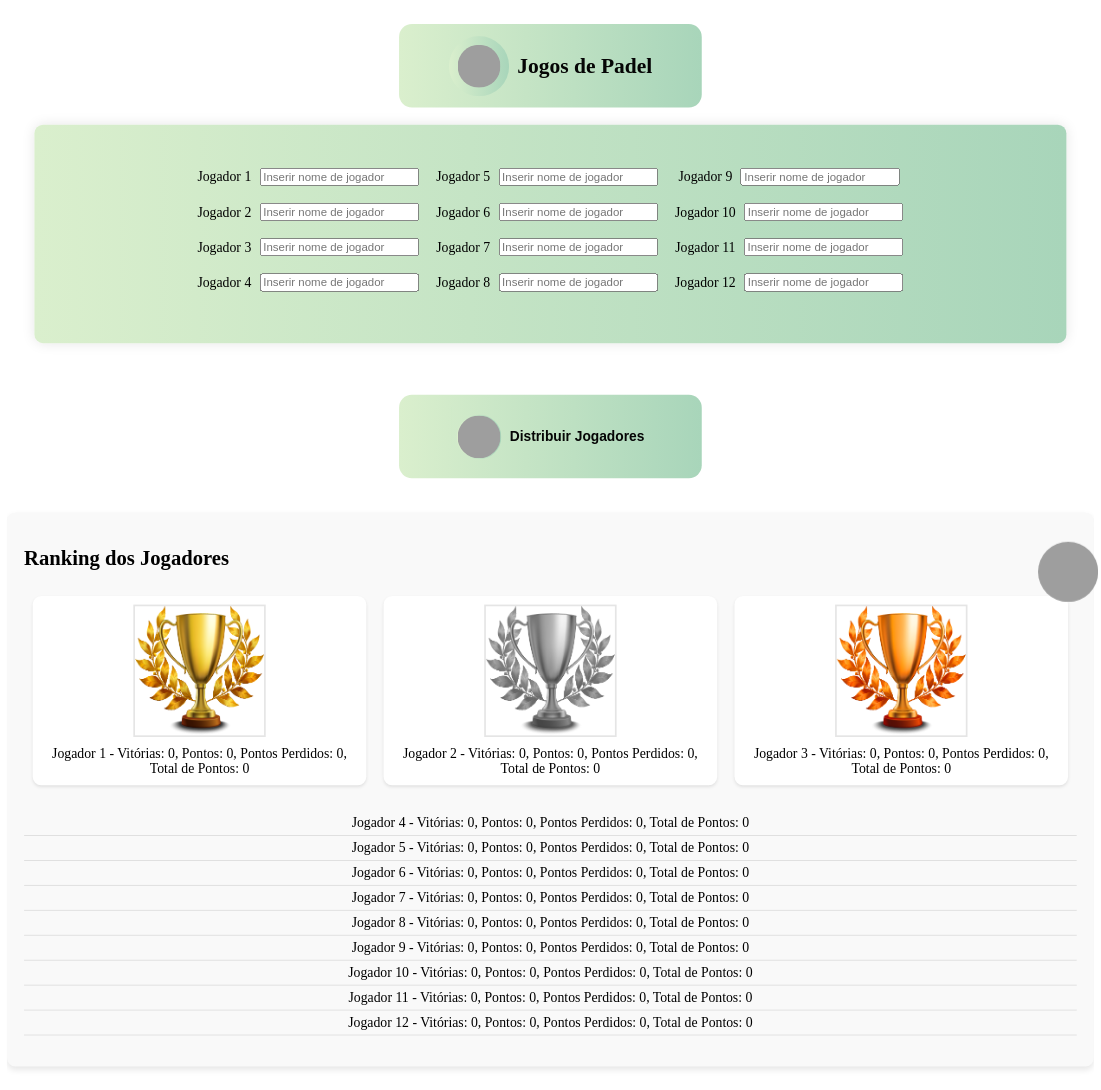
Repository: MarcioMiguel22/PadelMaster
Page: /calculadora
These files come from the project's save history. The page is drawn as it stood at one moment and after the next save; the edit follows.
The browser window is 1280 px wide. The pictures show the whole page, at 86% of full size.
Pictures or frames that could not be fetched are drawn as grey boxes. The project was rebuilt for these pictures with package versions that can differ from the ones it lists, and the page was loaded fresh each time. Also part of the build but not shown: vite.config.ts, src/pages/Home/Home.module.css, src/pages/Home/Home.tsx, src/components/components_calculadora/TrocarJogadoresButton.module.css, src/components/components_calculadora/TrocarJogadoresButton.tsx, src/components/components_calculadora/Campo.tsx, src/components/components_calculadora/Jogo.tsx, src/components/components_calculadora/ExportButton.module.css and 6 more.

Above is the page before, as saved 2024-06-21 10:18:08.

### src/main.tsx
///home/marciomiguel/code/MarcioMiguel22/Sites/PadelMaster/src/main.tsx
import { render } from 'react-dom';
import { StrictMode } from 'react';
import App from './App';
import './index.css';

const root = document.getElementById('root')!;
render(
  <StrictMode>
    <App />
  </StrictMode>,
  root
);

### src/App.tsx

///home/marciomiguel/code/MarcioMiguel22/Sites/PadelMaster/src/App.tsx

import { BrowserRouter, Routes, Route } from 'react-router-dom';
import Home from './pages/Home/Home';
import Calculadora from './pages/Calculadora/Calculadora';
import PlayerComponent from './pages/Player/playerComponent';
function App() {
  return (
    <BrowserRouter>
      <Routes>
        <Route path="/" element={<Home />} />
        <Route path="/calculadora" element={<Calculadora />} /> // Wrap Calculadora component with curly braces
        <Route path="/player-component" element={<PlayerComponent />} />
      </Routes>
    </BrowserRouter>
  );
}

export default App

### src/components/components_calculadora/Titulo.tsx
// src/components/Titulo.tsx
import React from 'react';
import styles from './Titulo.module.css';
import tennisBall from '../../assets/images/tennis-ball.png';

interface TituloProps {
  texto: string;
  className?: string;
}

const Titulo: React.FC<TituloProps> = ({ texto }) => {
  return (
    <div className={styles.container}>
      <img
        src={tennisBall}
        alt="Tennis Ball"
        className={styles.tennisBall}
      />
      <span className={styles.label}>{texto}</span>
    </div>
  );
};

export default Titulo;

### src/components/components_calculadora/JogadoresLista.tsx
import React, { useRef, useEffect, useState } from 'react';
import JogadorItem, { InputRef } from './JogadorItem';
import { Jogador } from '../../utils/types/types';

interface JogadoresListaProps {
  jogadores: Jogador[];
  handleNomeChange: (id: number, novoNome: string) => void;
}

const JogadoresLista: React.FC<JogadoresListaProps> = ({ jogadores, handleNomeChange }) => {
  const [localJogadores, setLocalJogadores] = useState<Jogador[]>([]);
  const inputRefs = useRef<(InputRef | null)[]>([]);

  useEffect(() => {
    const storedJogadores = localStorage.getItem('jogadores');
    if (storedJogadores) {
      setLocalJogadores(JSON.parse(storedJogadores));
    } else {
      setLocalJogadores(jogadores);
    }
  }, [jogadores]);

  const focusNextInput = (index: number) => {
    if (index < inputRefs.current.length - 1) {
      inputRefs.current[index + 1]?.focus();
    }
  };

  const handleNomeChangeWithStorage = (id: number, novoNome: string) => {
    handleNomeChange(id, novoNome);
    const updatedJogadores = localJogadores.map(jogador =>
      jogador.id === id ? { ...jogador, nome: novoNome } : jogador
    );
    setLocalJogadores(updatedJogadores);
    localStorage.setItem('jogadores', JSON.stringify(updatedJogadores));
  };

  return (
    <div className="jogadores-lista">
      {Array.from({ length: 3 }, (_, i) => (
        <div className="jogadores-coluna" key={i}>
          {localJogadores.slice(i * 4, (i + 1) * 4).map((jogador, jIndex) => (
            <JogadorItem
              key={jogador.id}
              jogador={jogador}
              handleNomeChange={handleNomeChangeWithStorage}
              focusNextInput={() => focusNextInput(i * 4 + jIndex)}
              ref={(el) => (inputRefs.current[i * 4 + jIndex] = el)}
            />
          ))}
        </div>
      ))}
    </div>
  );
};

export default JogadoresLista;

### src/components/components_calculadora/Ranking.tsx
import React from 'react';
import ouro from '../../assets/images/ouro.png';
import prata from '../../assets/images/prata.png';
import bronze from '../../assets/images/bronze.png';
import styles from './Ranking.module.css';

interface Jogador {
  id: number;
  nome: string;
  vitorias: number;
  pontos: number;
  pontosPerdidos: number;
  totalPontos: number; // Adicione esta linha
}

interface RankingProps {
  jogadoresClassificados: Jogador[];
}

const Ranking: React.FC<RankingProps> = ({ jogadoresClassificados }) => {
  const top3 = jogadoresClassificados.slice(0, 3);
  const outrosJogadores = jogadoresClassificados.slice(3);

  const medalhas = [ouro, prata, bronze];

  return (
    <div className={styles.rankingContainer}>
      <h2>Ranking dos Jogadores</h2>
      <div className={styles.top3Container}>
        {top3.map((jogador, index) => (
          <div key={jogador.id} className={styles.top3Item}>
            <img src={medalhas[index]} alt={`Medalha de ${index + 1}`} className={styles.medalha} />
            {jogador.nome} - Vitórias: {jogador.vitorias}, Pontos: {jogador.pontos}, Pontos Perdidos: {jogador.pontosPerdidos}, Total de Pontos: {jogador.totalPontos}
          </div>
        ))}
      </div>
      <ul className={styles.outrosJogadores}>
        {outrosJogadores.map((jogador) => (
          <li key={jogador.id}>
            {jogador.nome} - Vitórias: {jogador.vitorias}, Pontos: {jogador.pontos}, Pontos Perdidos: {jogador.pontosPerdidos}, Total de Pontos: {jogador.totalPontos}
          </li>
        ))}
      </ul>
    </div>
  );
};

export default Ranking;

### src/components/components_calculadora/ScrollToTopButton.tsx
import React, { useState } from 'react';
import tennisBall from '../../assets/images/tennis-ball.png';
import styles from './ScrollToTopButton.module.css';

interface ScrollToTopButtonProps {
  refs: (React.RefObject<HTMLDivElement> | HTMLDivElement | null)[];
}

const ScrollToTopButton: React.FC<ScrollToTopButtonProps> = ({ refs }) => {
  const [animation, setAnimation] = useState<string>('');

  const handleScroll = () => {
    if (window.scrollY > 0) {
      setAnimation(styles.bounce);
      setTimeout(() => {
        window.scrollTo({ top: 0, behavior: 'smooth' });
        setAnimation('');
      }, 500);
    } else {
      setAnimation(styles.disappear);
      setTimeout(() => {
        refs.forEach((ref) => {
          if (ref && 'current' in ref) {
            ref.current?.scrollIntoView({ behavior: 'smooth' });
          } else if (ref) {
            (ref as HTMLDivElement).scrollIntoView({ behavior: 'smooth' });
          }
        });
        setAnimation('');
      }, 500);
    }
  };

  return (
    <button onClick={handleScroll} className={styles.scrollToTop}>
      <img src={tennisBall} alt="Tennis Ball" className={`${styles.tennisBall} ${animation}`} />
    </button>
  );
};

export default ScrollToTopButton;

### src/components/components_calculadora/DistributeButton.tsx
import React, { useState } from 'react';
import tennisBall from '../../assets/images/tennis-ball.png';
import styles from './DistributeButton.module.css'; // Importando o arquivo CSS Module

const DistributeButton: React.FC<{ onClick: () => void }> = ({ onClick }) => {
  // Estado para rastrear se a bola está girando
  const [isRotating, setIsRotating] = useState(false);

  // Função chamada ao clicar no botão
  const handleClick = () => {
    // Definindo estado de rotação como verdadeiro para iniciar a animação
    setIsRotating(true);

    // Após o tempo da animação (1 segundo), definir rotação como falso e chamar onClick
    setTimeout(() => {
      setIsRotating(false);
      // Chama a função onClick somente após a animação completar
      onClick();
    }, 1000); // Tempo da animação em milissegundos
  };

  return (
    <div className={styles.container}>
      <button onClick={handleClick} className={styles.distributeButton}>
        <img
          src={tennisBall}
          alt="Tennis Ball"
          // Adiciona a classe 'rotate' condicionalmente baseado no estado isRotating
          className={`${styles.tennisBall} ${isRotating ? styles.rotate : ''}`}
        />
        <span className={styles.label}>Distribuir Jogadores</span>
      </button>
    </div>
  );
};

export default DistributeButton;

### src/utils/playerUtils.ts
// src/utils/playerUtils.ts

import { Jogador } from '../utils/types/types';

export const handleNomeChange = (jogadores: Jogador[], id: number, novoNome: string): Jogador[] => {
  return jogadores.map(jogador =>
    jogador.id === id ? { ...jogador, nome: novoNome } : jogador
  );
};

export const selecionarJogador = (jogadoresSelecionados: Jogador[], jogador: Jogador): Jogador[] => {
  if (jogadoresSelecionados.includes(jogador)) {
    return jogadoresSelecionados.filter(j => j.id !== jogador.id);
  } else {
    if (jogadoresSelecionados.length < 2) {
      return [...jogadoresSelecionados, jogador];
    } else {
      return jogadoresSelecionados;
    }
  }
};

### src/utils/resultUtils.ts
// src/utils/resultUtils.ts

import { Campo as CampoType } from '../utils/types/types';

export const todosResultadosInseridos = (jogos: CampoType[][]): boolean => {
  return jogos.length > 0 && jogos.every(jogo =>
    jogo.every(campo =>
      campo.times.every(time =>
        typeof time.resultado === 'number'
      )
    )
  );
};

### src/components/components_calculadora/Titulo.module.css
/* src/components/components_calculadora/DistributeButton.module.css */
.container {
  width: 350px;
  height: 95px;
  background: linear-gradient(to right, #daefcd, #a8d5ba);
  padding: 1px;
  border-radius: 15px;
  display: flex;
  justify-content: center;
  align-items: center;
  margin-top: 20px;
}

.distributeButton {
  position: relative;
  width: auto;
  height: 70px;
  border: none;
  background: none;
  cursor: pointer;
  display: flex;
  align-items: center;
  justify-content: center;
  flex-direction: row;
}

.tennisBall {
  width: 50px;
  height: 50px;
  background: linear-gradient(to right, #daefcd, #a8d5ba);
  border-radius: 50%;
  padding: 10px;
  transition: transform 1s ease-in-out; /* Adiciona uma transição suave */
}

.label {
  font-size: 25px;
  color: rgb(5, 5, 5);
  font-weight: bold;
  margin-left: 10px;
}

### src/components/components_calculadora/JogadorItem.tsx

import React, { useState, useEffect, useRef, forwardRef, useImperativeHandle } from 'react';
import { Jogador } from '../../utils/types/types'; // Importando o tipo Jogador

interface JogadorItemProps {
  jogador: Jogador;
  handleNomeChange: (id: number, novoNome: string) => void;
  focusNextInput: () => void;
}

export interface InputRef {
  focus: () => void;
}

const JogadorItem = forwardRef<InputRef, JogadorItemProps>(({ jogador, handleNomeChange, focusNextInput }, ref) => {
  const [nome, setNome] = useState('');
  const inputRef = useRef<HTMLInputElement>(null);

  useImperativeHandle(ref, () => ({
    focus: () => {
      inputRef.current?.focus();
    }
  }));

  useEffect(() => {
    // Set the initial value for the input
    setNome(jogador.nome === `Jogador ${jogador.id}` ? '' : jogador.nome);
  }, [jogador.nome, jogador.id]);

  const handleBlur = () => {
    if (nome.trim() === '') {
      handleNomeChange(jogador.id, `Jogador ${jogador.id}`);
      setNome('');
    } else {
      handleNomeChange(jogador.id, nome);
    }
  };

  const handleKeyDown = (e: React.KeyboardEvent) => {
    if (e.key === 'Enter') {
      focusNextInput();
    }
  };

  return (
    <div className="jogador-item">
      <label>{`Jogador ${jogador.id}`}</label>
      <input
        ref={inputRef}
        type="text"
        value={nome}
        onChange={(e) => setNome(e.target.value)}
        onBlur={handleBlur}
        onKeyDown={handleKeyDown}
        placeholder="Inserir nome de jogador"
      />
    </div>
  );
});

JogadorItem.displayName = "JogadorItem";

export default JogadorItem;

### src/components/components_calculadora/Ranking.module.css
/*src/components/components_calculadora/Ranking.module.css*/

.rankingContainer {
  padding: 20px;
  background-color: #f9f9f9;
  border-radius: 10px;
  box-shadow: 0 4px 8px rgba(0, 0, 0, 0.1);
}

.top3Container {
  display: flex;
  justify-content: space-around;
  margin-bottom: 20px;
  flex-wrap: wrap; /* Ensure items wrap in smaller screens */
}

.top3Item {
  display: flex;
  flex-direction: column;
  align-items: center;
  padding: 10px;
  background-color: #ffffff;
  border-radius: 10px;
  box-shadow: 0 2px 4px rgba(0, 0, 0, 0.1);
  text-align: center;
  margin: 10px; /* Added margin to ensure spacing between items */
  flex-basis: calc(33.33% - 20px); /* Ensure items take equal width, minus margins */
  box-sizing: border-box; /* Ensure padding is included in the element's width */
}

.medalha {
  width: 150px;
  height: 150px;
  margin-bottom: 10px;
  transition: transform 0.3s ease-in-out;
  object-fit: initial;
  background-color: transparent; /* Certifique-se de que o fundo é transparente */
  border: 2px solid rgba(0, 0, 0, 0.1); /* Adicione uma borda leve para verificar a transparência */
}


.medalha:hover {
  transform: scale(8);
  animation: pulse 1s infinite;
}

@keyframes pulse {
  0% {
    transform: scale(1.2);
  }
  50% {
    transform: scale(1.25);
  }
  100% {
    transform: scale(1.2);
  }
}

.outrosJogadores {
  list-style-type: none;
  padding: 0;
}

.outrosJogadores li {
  padding: 5px 0;
  border-bottom: 1px solid #ddd;
  text-align: center;
}

/* Media Queries for Smaller Screens */
@media screen and (max-width: 767px) {
  .top3Item {
    flex-basis: 25%; /* Two items per row on smaller screens */
  }
}

@media screen and (max-width: 479px) {
  .top3Item {
    flex-basis: 25%; /* One item per row on the smallest screens */
  }
}

### src/components/components_calculadora/ScrollToTopButton.module.css
.scrollToTop {
  position: fixed;
  bottom: 20px;
  left: 97%;
  transform: translateX(-50%);
  width: 70px;
  height: 70px;
  border: none;
  background: none;
  cursor: pointer;
  display: flex;
  align-items: center;
  justify-content: center;
  transition: transform 0.3s ease-in-out;
}

.tennisBall {
  width: 100%;
  height: 100%;
  position: absolute;
  border-radius: 50%;
}

@keyframes bounce {
  0%, 100% {
    transform: translateY(0);
  }
  50% {
    transform: translateY(-50px);
  }
}

@keyframes disappear {
  0% {
    opacity: 1;
    transform: translateY(0);
  }
  100% {
    opacity: 0;
    transform: translateY(50px);
  }
}

.bounce {
  animation: bounce 0.5s ease-in-out;
}

.disappear {
  animation: disappear 0.5s forwards;
}

### src/components/components_calculadora/DistributeButton.module.css
/* src/components/components_calculadora/DistributeButton.module.css */
.container {
  width: 350px;
  height: 95px;
  background: linear-gradient(to right, #daefcd, #a8d5ba);
  padding: 1px;
  border-radius: 15px;
  display: flex;
  justify-content: center;
  align-items: center;
  margin-top: 20px;
}

.distributeButton {
  position: relative;
  width: auto;
  height: 70px;
  border: none;
  background: none;
  cursor: pointer;
  display: flex;
  align-items: center;
  justify-content: center;
  flex-direction: row;
  overflow: hidden; /* Garante que o pseudo-elemento não ultrapasse o contêiner */
}

.tennisBall {
  width: 50px;
  height: 50px;
  background: linear-gradient(to right, #daefcd, #a8d5ba);
  border-radius: 100%;
  padding: 1px;
  transition: transform 1s ease-in-out; /* Adiciona uma transição suave */
}

.tennisBall.rotate {
  transform: rotate(360deg); /* Roda a bola em 360 graus */
}

.label {
  font-size: 16px;
  color: rgb(5, 5, 5);
  font-weight: bold;
  margin-left: 10px;
}

.distributeButton::before {
  content: "";
  position: absolute;
  top: 0;
  left: 0;
  width: 100%;
  height: 100%;
  background: linear-gradient(120deg, transparent, #46ca58, transparent);
  transform: translateX(-100%);
  transition: transform 0.6s;
}

.distributeButton:hover::before {
  transform: translateX(0%);
}

### src/utils/utils.ts
// src/utils/utils.ts

export const embaralharArray = <T,>(array: T[]): T[] => {
  const copiaArray = [...array];
  for (let i = copiaArray.length - 1; i > 0; i--) {
    const j = Math.floor(Math.random() * (i + 1));
    [copiaArray[i], copiaArray[j]] = [copiaArray[j], copiaArray[i]];
  }
  return copiaArray;
};

import { Jogador, Time, Campo as CampoType } from '../utils/types/types';

export const criarTimes = (jogadores: Jogador[]): Time[] => {
  const jogadoresEmbaralhados = embaralharArray(jogadores);
  const times: Time[] = [];
  for (let i = 0; i < jogadoresEmbaralhados.length; i += 2) {
    times.push({ jogadores: jogadoresEmbaralhados.slice(i, i + 2), resultado: 0 });
  }
  return times;
};

export const criarCampos = (times: Time[]): CampoType[] => [
  { id: 1, times: times.slice(0, 2) },
  { id: 2, times: times.slice(2, 4) },
  { id: 3, times: times.slice(4, 6) },
];

export const atualizarRanking = (jogadores: Jogador[], jogos: CampoType[][]) => {
  const jogadoresAtualizados = [...jogadores].map(jogador => {
    let vitorias = 0;
    let pontos = 0;
    let pontosPerdidos = 0;
    jogos.forEach(jogo => {
      jogo.forEach(campo => {
        campo.times.forEach(time => {
          if (time.jogadores.some(j => j.id === jogador.id)) {
            pontos += time.resultado;
            const oponente = campo.times[1 - campo.times.indexOf(time)];
            pontosPerdidos += oponente.resultado;
            if (time.resultado > oponente.resultado) {
              vitorias += 1;
            }
          }
        });
      });
    });
    const totalPontos = pontos - pontosPerdidos;
    return { ...jogador, vitorias, pontos, pontosPerdidos, totalPontos };
  });

  return jogadoresAtualizados.sort((a, b) => {
    if (b.totalPontos === a.totalPontos) {
      if (b.vitorias === a.vitorias) {
        return b.pontos - a.pontos;
      }
      return b.vitorias - a.vitorias;
    }
    return b.totalPontos - a.totalPontos; // Maior totalPontos classifica mais alto
  });
};

Loaded but not shown: index.html (common file); src/pages/Calculadora/Calculadora.tsx (183 lines, source omitted); src/utils/gameLogic.ts (164 lines, source omitted); src/pages/Calculadora/Calculadora.css (279 lines, source omitted)

After the next save:
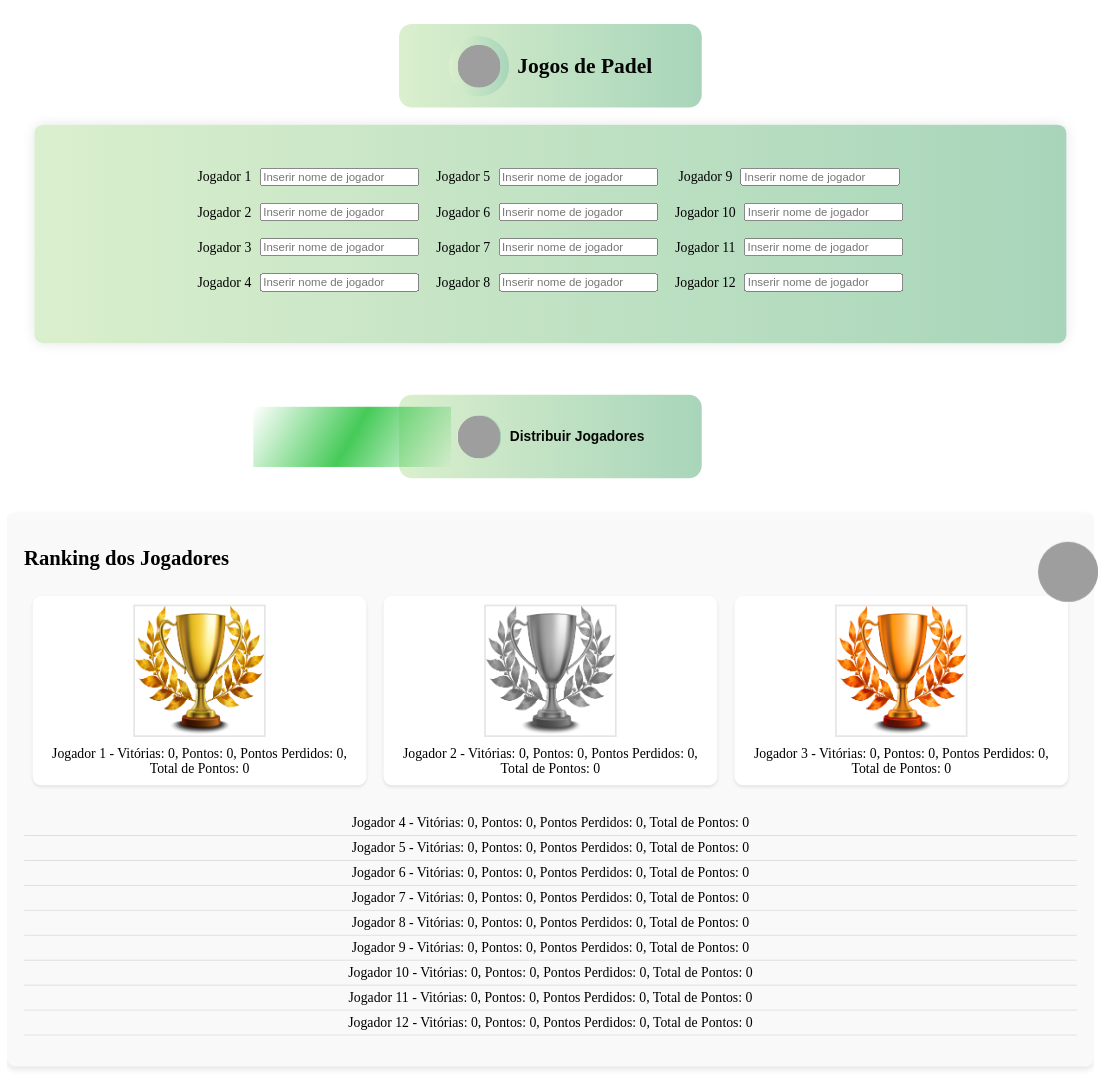
Saved 2 min 33 s later.
--- a/src/components/components_calculadora/DistributeButton.module.css
+++ b/src/components/components_calculadora/DistributeButton.module.css
@@ -22,7 +22,6 @@
   align-items: center;
   justify-content: center;
   flex-direction: row;
-  overflow: hidden; /* Garante que o pseudo-elemento não ultrapasse o contêiner */
 }
 
 .tennisBall {
@@ -44,8 +43,7 @@
   font-weight: bold;
   margin-left: 10px;
 }
-
-.distributeButton::before {
+.distributeButton ::before {
   content: "";
   position: absolute;
   top: 0;
@@ -56,7 +54,6 @@
   transform: translateX(-100%);
   transition: transform 0.6s;
 }
-
 .distributeButton:hover::before {
-  transform: translateX(0%);
+  transform: translateX(100%);
 }

After the save that followed:
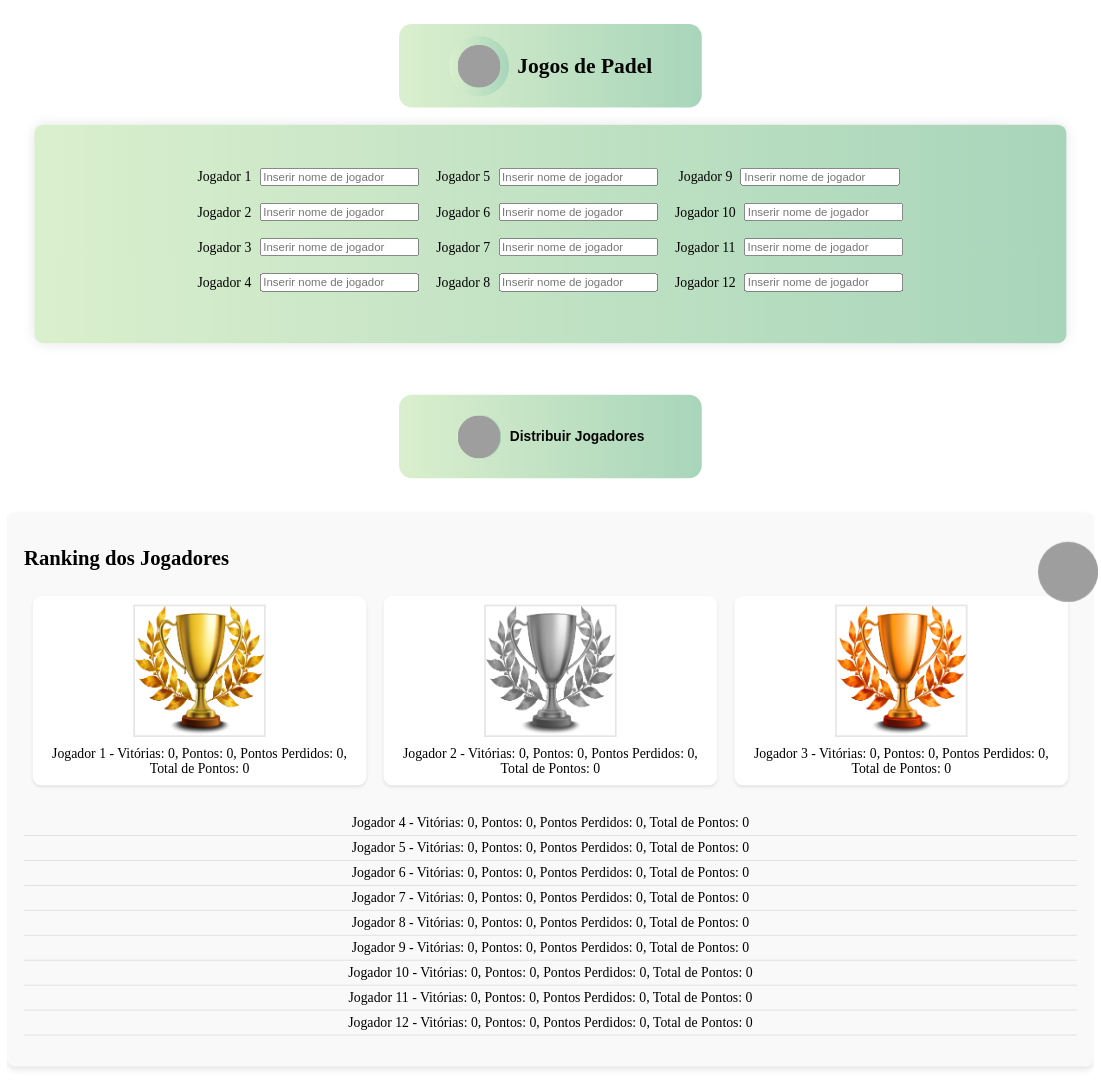
Saved 12 s later.
--- a/src/components/components_calculadora/DistributeButton.module.css
+++ b/src/components/components_calculadora/DistributeButton.module.css
@@ -43,17 +43,3 @@
   font-weight: bold;
   margin-left: 10px;
 }
-.distributeButton ::before {
-  content: "";
-  position: absolute;
-  top: 0;
-  left: 0;
-  width: 100%;
-  height: 100%;
-  background: linear-gradient(120deg, transparent, #46ca58, transparent);
-  transform: translateX(-100%);
-  transition: transform 0.6s;
-}
-.distributeButton:hover::before {
-  transform: translateX(100%);
-}
